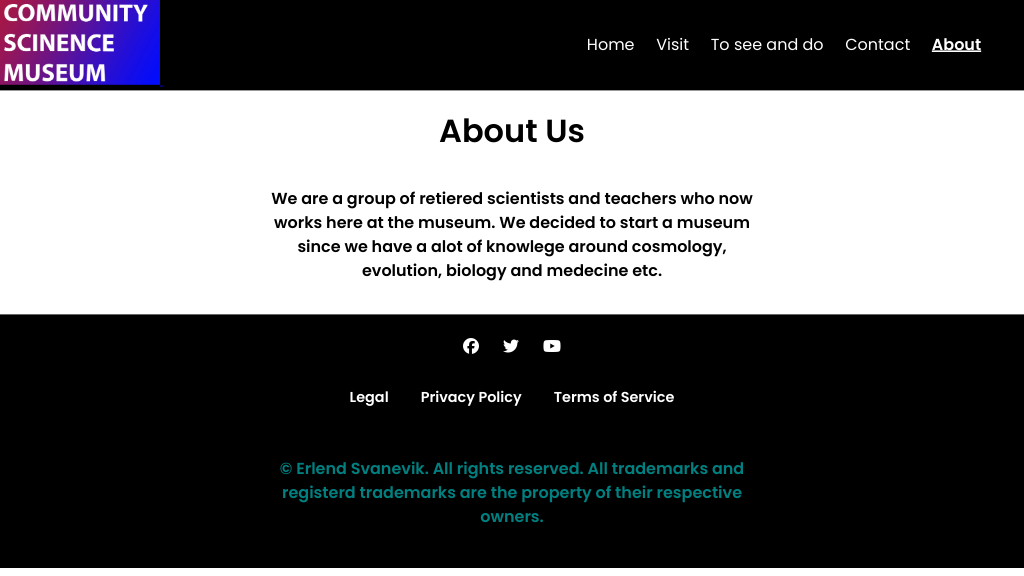
Repository: EpleWasTaken/Semester-Project
Page: about.html
The author's editor kept a copy of each file at every save. The page is drawn from the files as they stood at one save, then again after the next save.
The browser window is 1280 px wide. The pictures show the whole page, at 80% of full size.
Some web libraries are served in a nearby version.

Above is the page before, as saved 2020-12-12 12:52:16.

After the next save:
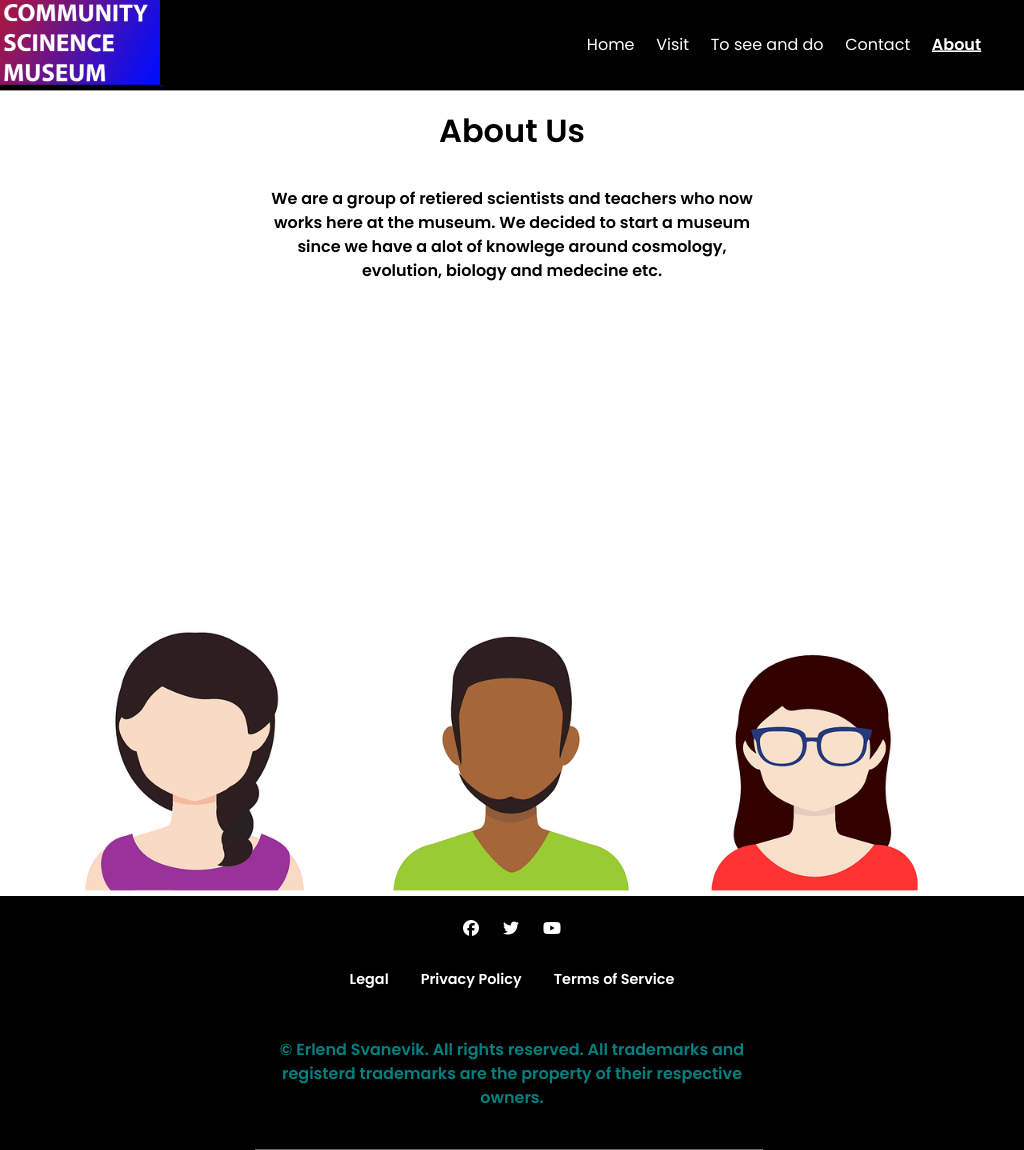
Saved 63 s later.
--- a/about.html
+++ b/about.html
@@ -48,6 +48,7 @@
             <p>We are a group of retiered scientists and teachers who now works here at the museum. We decided to start a museum since we have a alot of knowlege around cosmology, evolution, biology and medecine etc.</p>
         </div>
     </div>
+    <img src="./Images/avatar-2191918_1280.png">
 </main>
 
 
